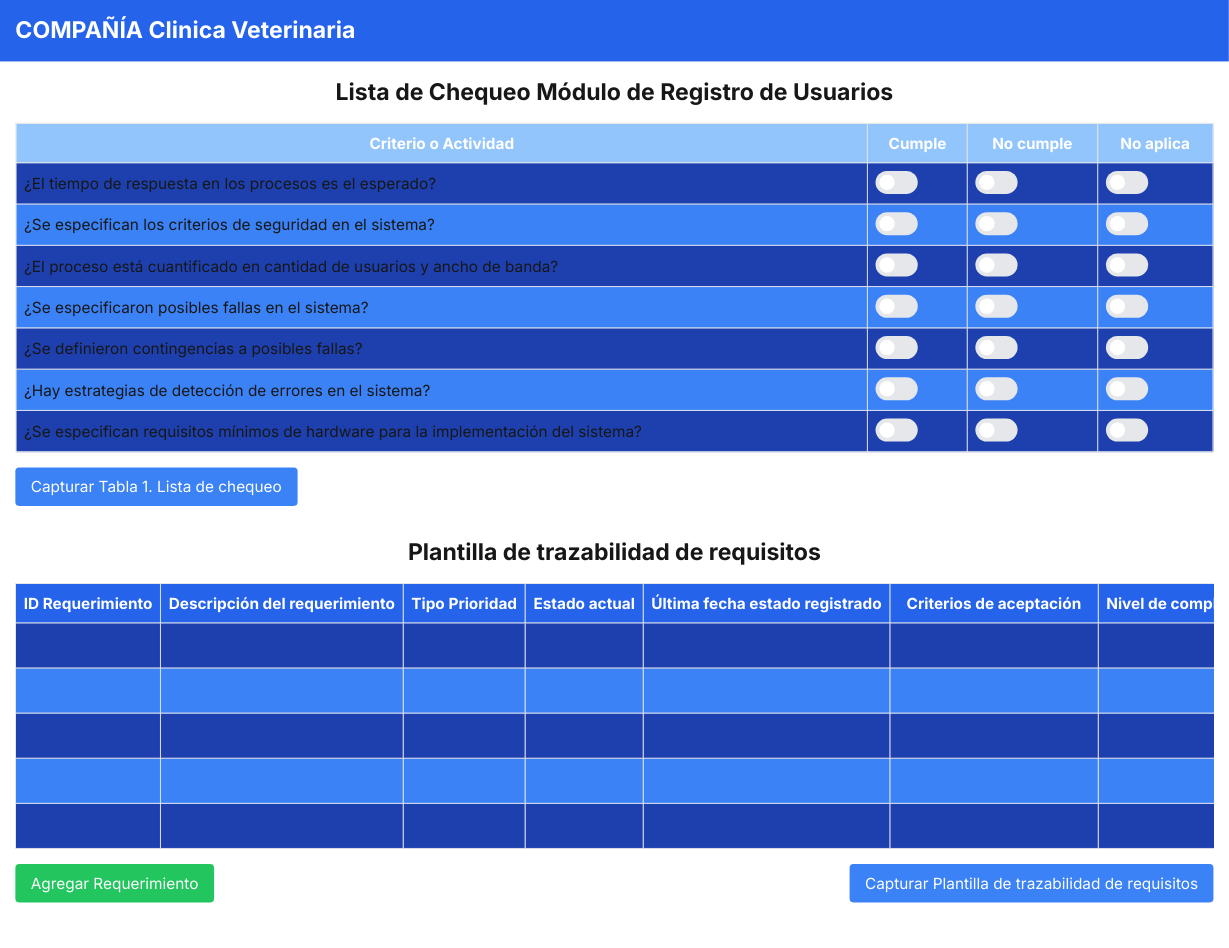
Repository: CiroAlfa/lista-de-Chequeo
Page: /
These files come from the project's save history. The page is drawn as it stood at one moment and after the next save; the edit follows.
The browser window is 1280 px wide. The pictures show the whole page, at 96% of full size.
The project was rebuilt for these pictures with package versions that can differ from the ones it lists, and the page was loaded fresh each time. The framework's server and built-in components were replaced by stand-ins that run in the browser. Also part of the build but not shown: next.config.mjs.

Above is the page before, as saved 2024-09-27 13:26:01.

After the next save:
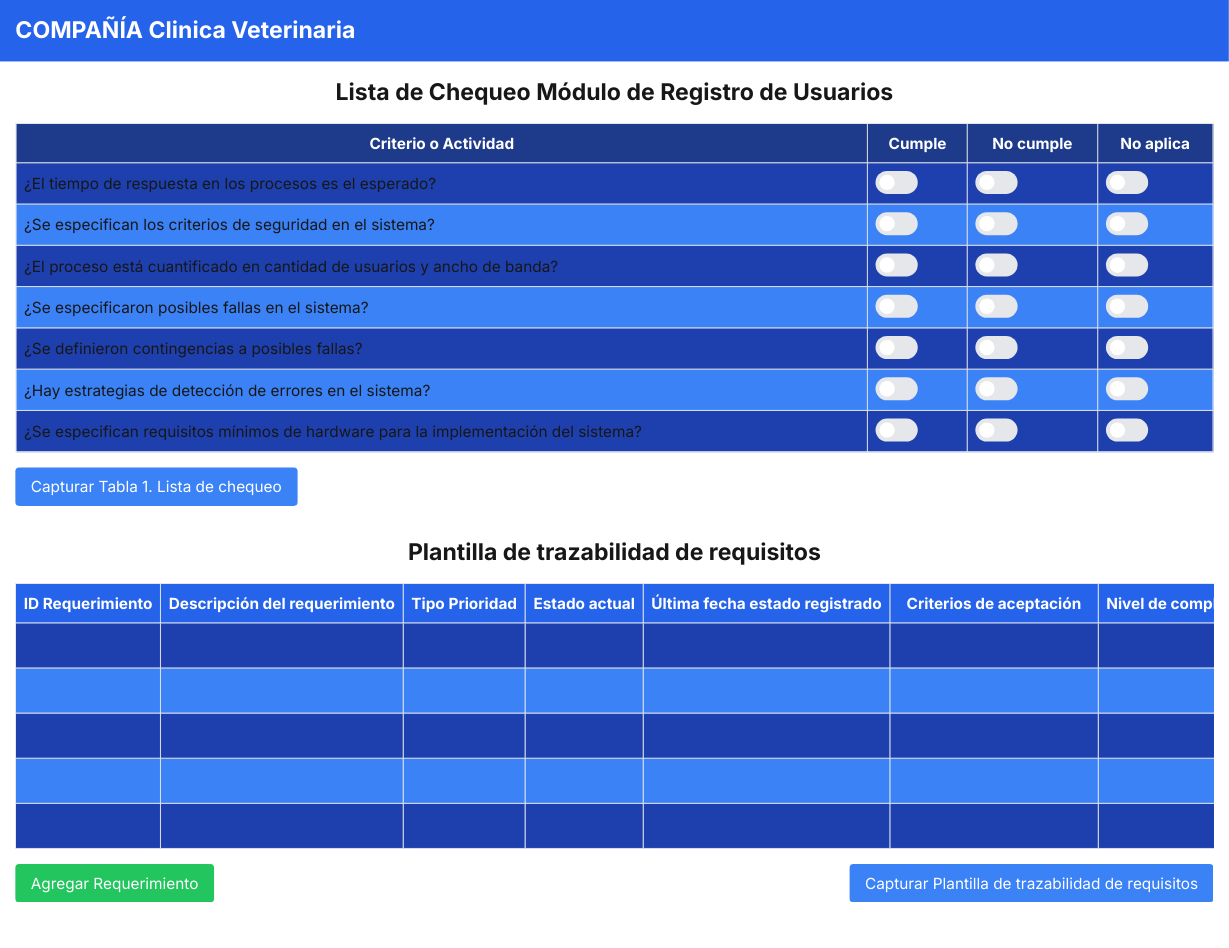
Saved 29 s later.
--- a/src/app/page.tsx
+++ b/src/app/page.tsx
@@ -106,7 +106,7 @@ export default function Home() {
         <h2 className="text-2xl font-bold mb-4 text-center">Lista de Chequeo Módulo de Registro de Usuarios</h2>
         <table className="w-full border-collapse">
           <thead>
-            <tr className="bg-blue-300 text-white">
+            <tr className="bg-blue-900 text-white">
               <th className="border p-2">Criterio o Actividad</th>
               <th className="border p-2">Cumple</th>
               <th className="border p-2">No cumple</th>
